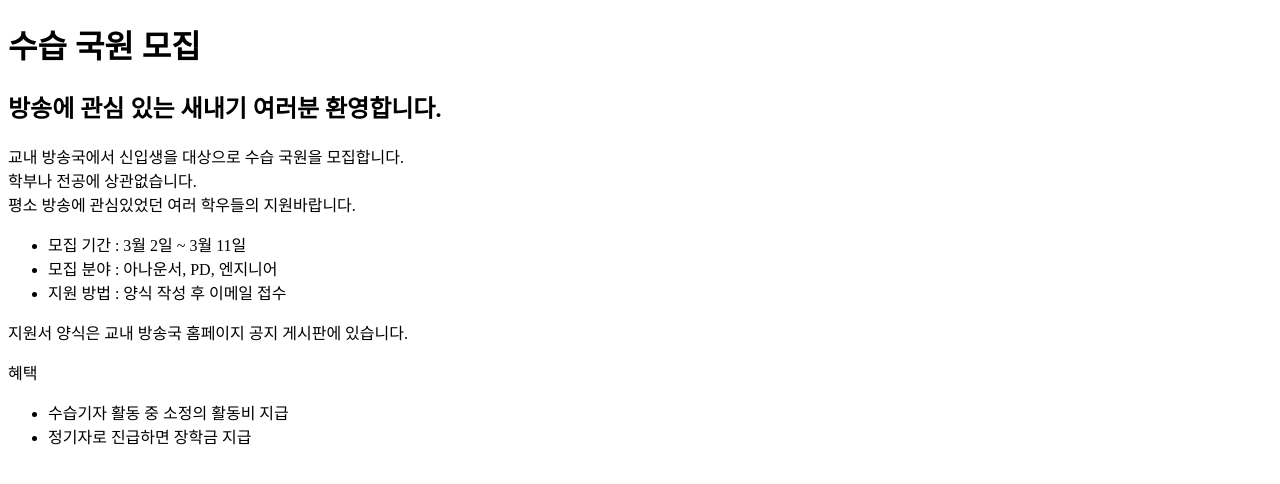
Repository: jinaa11/Kcc_Web
Page: Html/WebContent/mission.html
The author's editor kept a copy of each file at every save. The page is drawn from the files as they stood at one save, then again after the next save.
The browser window is 1280 px wide. The pictures show the whole page.

Above is the page before, as saved 2024-07-08 05:13:39.

After the next save:
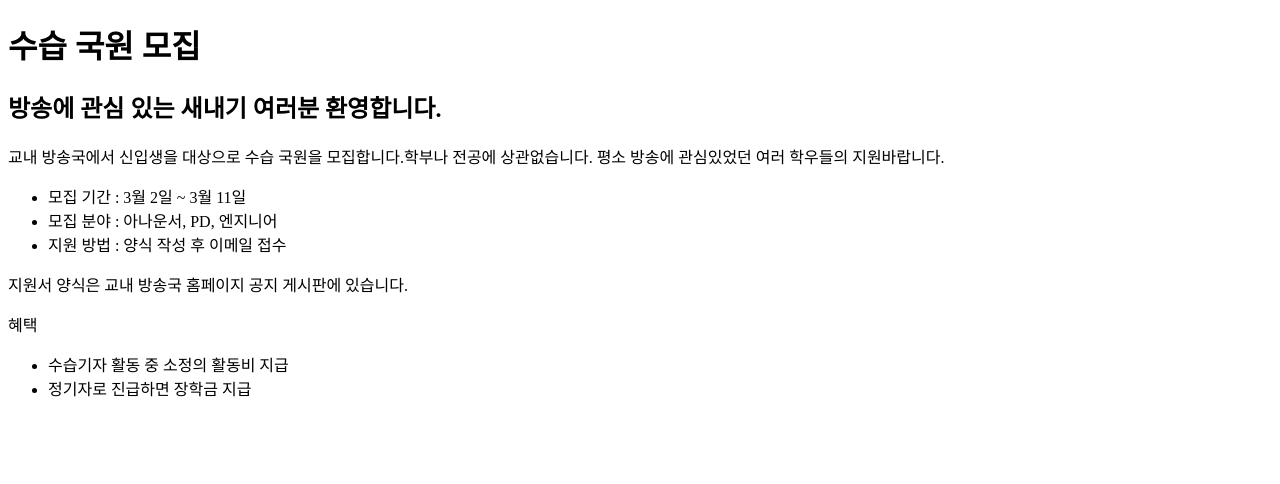
Saved 8 s later.
--- a/Html/WebContent/mission.html
+++ b/Html/WebContent/mission.html
@@ -7,7 +7,7 @@
 <body>
 <h1>수습 국원 모집</h1>
 <h2>방송에 관심 있는 새내기 여러분 환영합니다.</h2>
-<p>교내 방송국에서 신입생을 대상으로 수습 국원을 모집합니다. <br>학부나 전공에 상관없습니다.<br>
+<p>교내 방송국에서 신입생을 대상으로 수습 국원을 모집합니다.학부나 전공에 상관없습니다.
 평소 방송에 관심있었던 여러 학우들의 지원바랍니다.</p>
 
 <ul>
